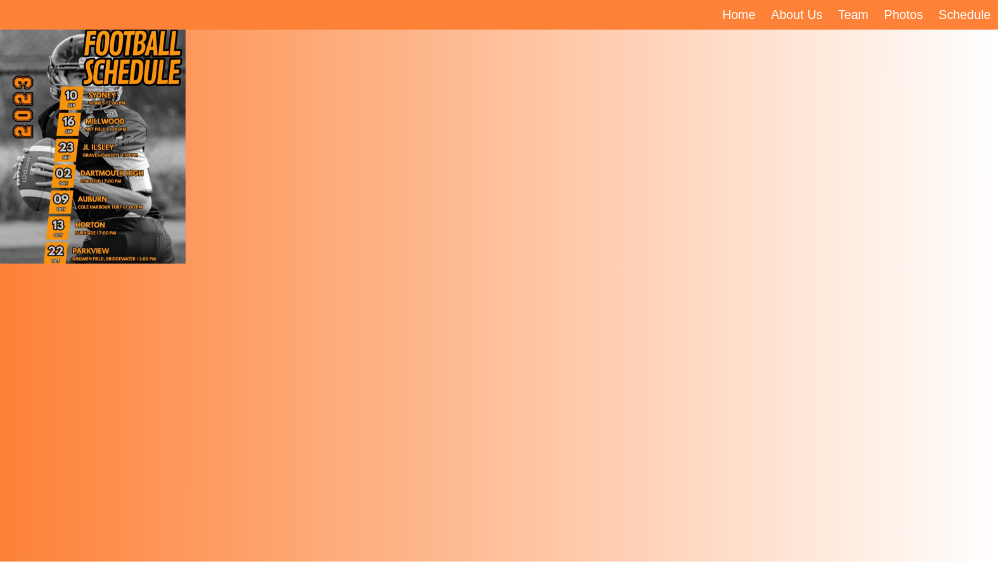
Repository: SHSFootballRepo/Website
Page: public/schedule.html
These files come from the project's save history. The page is drawn as it stood at one moment and after the next save; the edit follows.
The browser window is 1280 px wide. The pictures show the whole page, at 78% of full size.

Above is the page before, as saved 2023-08-19 18:46:13.

After the next save:
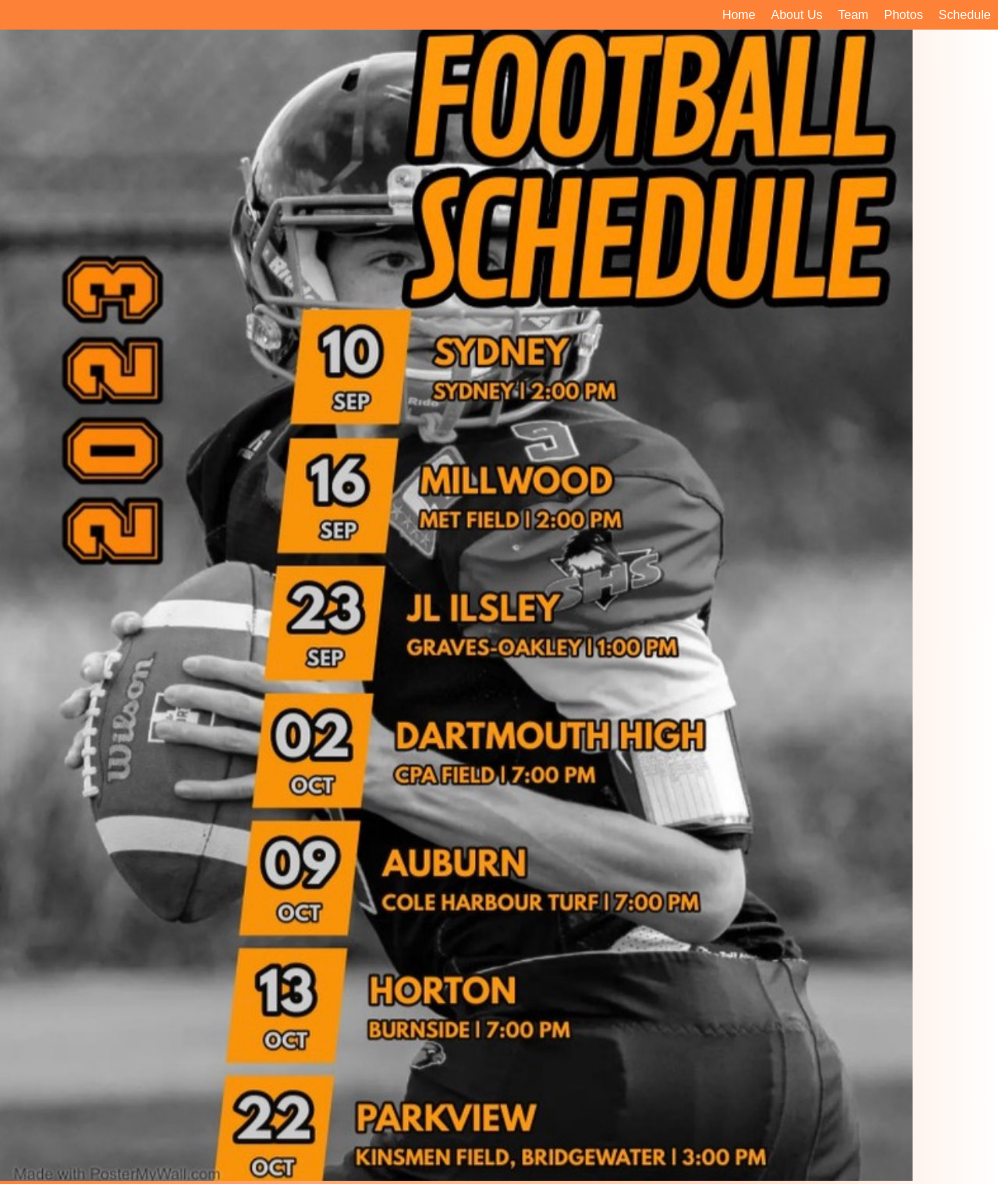
Saved 18 s later.
--- a/public/styles.css
+++ b/public/styles.css
@@ -112,7 +112,7 @@
     font-size: xx-large;
 }
 
-.schedule1 img {
+.schedule1{
     height: auto;
     width: auto;
     max-width: 300px;
